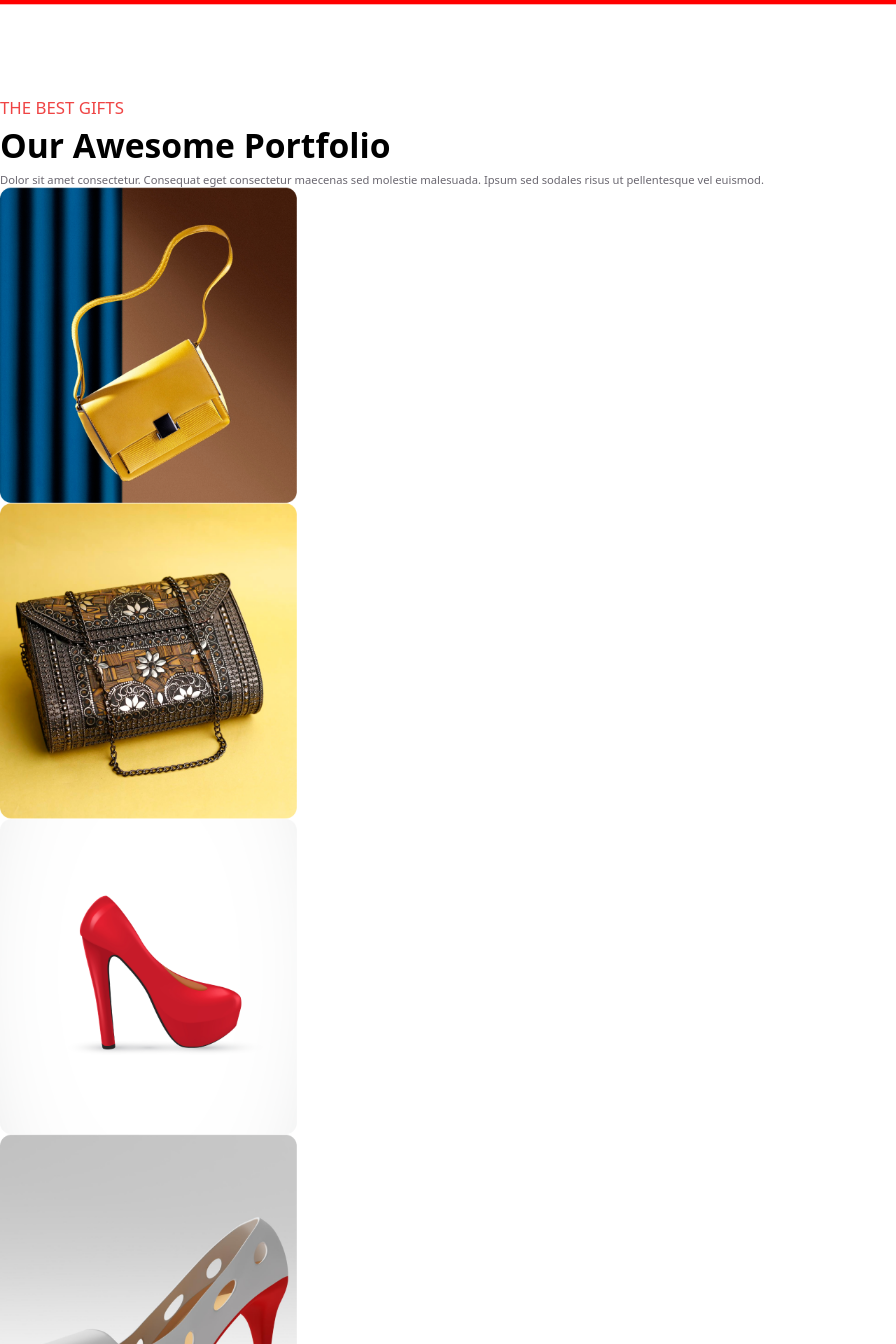
Repository: nahid-hasann/landing-page-1
Page: index.html
The author's editor kept a copy of each file at every save. The page is drawn from the files as they stood at one save, then again after the next save.
The browser window is 1280 px wide. The pictures show the part of the page from y = 4533 to 6453 px (the page is 7507 px tall before and 7531 px after), at 70% of full size.
Some web libraries are served in a nearby version.

Above is the page before, as saved 2025-07-09 21:22:28.

### index.html
<!DOCTYPE html>
<html lang="en">
<head>
    <meta charset="UTF-8">
    <meta name="viewport" content="width=device-width, initial-scale=10">
    <title>Document</title>
    <link rel="stylesheet" href="style.css">
    <script src="https://cdn.tailwindcss.com"></script>

</head>
<body>

<main class="main">

  <section>
      <div class="banner">

        <h6 style="color: white; text-align: center;">Happy New Year</h6>
        <h1 style="color: white; text-align: center;">New Year Party Celebration</h1>

    </div>
  </section>

<section class="discount-section">
      <div class="discount">

      <h1 class="discount-of">65% OFF</h1>
      <br>
      <br>
      <br>
      <p class="discount-p">OUR HOLIDAY DEALS ARE BETTER</p>
      <br>
      <h4 class="discount-h">ALL CATEGORIES</h4>
      <br>
      <img style="width: 802px; text-align: center; margin: auto;" src="images/New Year Photo.png" alt="">

  </div>
</section>

<section class="midnight-party">
      <div>
        <h1 style="font-size: 64px; color: white;">Welcome to midnight party</h1>
        <br>
        <p style="font-size: 18px; color: #b09f7c;">Dolor sit amet consectetur. Consequat eget consectetur maecenas sed molestie malesuada. Ipsum sed sodales risus ut pellentesque vel euismod. </p>
        <br>
        <p style="font-size: 20px ; font-weight: 700; color: white;">Join Now</p>
      </div>

      <img src="images/Group 70.png" alt="">

</section >

<section class=" offer">

         <p style="font-size: 30px;"><span style="color: red; font-size: 30px;">Place:</span> New Park Hotel</p>
         <br>
         <p style="font-size: 30px;"><span style="color: red; font-size: 30px;">Date:</span> 31 December Night 2023</p>
         <br>
         <p style="font-size: 30px;"><span style="color: red; font-size: 30px;">Time:</span> Evening 7.30 pm to 12.30 am</p>
         <br>
         <br>
         <button class="btn">Join Now</button>

</section>


<section class="new-best-offer">

<div class="new-offer1">
  <p style="font-size: 24px; color: red;">NEW BEST OFFER</p>
  <br>
  <h1 style="font-size: 48px;">Coming Soon</h1>
  <br>
  <p style="font-size: 20px ; color: rgba(7, 2, 17, 0.6);">Dolor sit amet consectetur. Consequat eget consectetur maecenas sed molestie malesuada. Ipsum sed sodales risus ut pellentesque vel euismod. </p>
</div>

<div style="padding-right: 100px;" class="new-offer2">
    <div class="circle-border">
      <img style="width: 364px; " src="images/Ellipse 1.png" alt="">
    </div>
</div>

<div class="new-offer3">
      <h2>2024</h2>
      <p>Dolor sit amet consectetur. Consequat eget consectetur maecenas sed.</p>
      <img src="images/Group 96.png" alt="">
</div>

</section>


<section class="holidays">

  <div>
    <p style="font-size: 24px ; text-align: center;">WHAT IS FUNCTIONAL</p>
    <br>
    <h1 style="font-size: 72px; text-align: center;"><span style="color: red; text-align: center;">Holidays</span> Sale 50%</h1>
    <br>
    <p style="text-align: center; font-size: 18px ; padding: 0px 100px;">Dolor sit amet consectetur. Consequat eget consectetur maecenas sed <br>
molestie malesuada. Ipsum sed  sodales risus ut pellentesque vel euismod. Eleifend nunc purus quam id <br> fermentum amet amet sit consectetur.</p>
  </div>

  <div class="holidays-img">
    <img class="img1" src="images/Group 75.png" alt="">
    <img class="img2" src="images/Group 44.png" alt="">
  </div>


</section>


<section class="img-show">

   <div>
    <p class="text-red-500  text-[24px]">THE BEST GIFTS</p>
    <h1 class="text-[48px] font-bold">Our Awesome Portfolio</h1>
    <p class="text-[rgba(7,2,17,0.6)]">Dolor sit amet consectetur. Consequat eget consectetur maecenas sed molestie malesuada.
      Ipsum sed sodales risus ut pellentesque vel euismod. </p>
   </div>

   <div>
    <img src="images/Rectangle 3.png" alt="">
    <img src="images/Rectangle 4.png" alt="">
    <img src="images/Rectangle 5.png" alt="">
    <img src="images/Rectangle 6.png" alt="">
    <img src="images/Rectangle 7.png" alt="">
    <img src="images/Rectangle 8.png" alt="">
   </div>

</section>

</main>





</body>
</html>

### style.css
*{
    margin: 0;
    padding: 0;
    box-sizing: border-box;
}

.main{
    max-width: 1320px;
    margin: auto;
}

.banner{
    background: linear-gradient(rgba(0, 0, 0, 0.5), rgba(0, 0, 0, 0.5)), url(images/banner.png);
    background-repeat: no-repeat;
    background-size: cover;
    background-position: center;
    margin: 20px auto;
    height: 600px;
    display: flex;
    flex-direction: column;
    justify-content: center;
    border-radius: 15px;

}

.banner h1 {
   font-size: 72px;
}

.banner h6{
    font-size: 32px;
}

.discount{
    display: flex;
    flex-direction: column;
    justify-content: center;
    align-items: center;
}

.discount-of{
    font-size: 88px;
    color: red;
}

.discount-p{
    font-size: 24px ;
    color: red;

}

.discount-h{
    font-size: 48px;
}

.discount-section{
    margin: 130px 0;
}

.midnight-party{
    display: flex;
    justify-content: space-around;
    background: linear-gradient(rgba(0, 0, 0, 0.5), rgba(0, 0, 0, 0.5)), url('images/Vectorrr.png');
    align-items: center;
    padding: 40px 100px;
    border-radius: 10px;
    gap: 40px;
    margin-bottom: 130px;
}

.offer{
    background: linear-gradient(to bottom, #ffeaea, #ffffff);
    padding: 100px;
    display: flex;
    flex-direction: column;
    align-items: center;
    margin-bottom: 130px;
    border-radius: 10px;
}

.btn{
    padding: 13px 24px;
    border: none;
    background-color: red;
    border-radius: 5px;
}

.new-best-offer{
    display: flex;
    gap: 50px;
    align-items: center;
    justify-content: space-between;
    margin: 130px auto;
}

.new-offer2 .circle-border{
    width: 500px;
    height: 500px;
    border-radius: 50%;
    display: flex;
    justify-content: center;
    background: transparent;
    align-items: center;
    border: 20px solid red;

}

.new-offer2 img {
    width: 90%;                 /* Size adjust */
    height: auto;
    object-fit: cover;          /* Maintain image aspect */
}

.holidays{
    margin-bottom: 130px;
}

.img1{
    width: 674px;
}

.img2{
    width: 200px;
    margin-bottom: 300px;
    margin-right: 70px;
}

.holidays-img{
    background-image: url('images/rectangle.png');
    background-repeat: no-repeat;
    background-position: center bottom;
    display: flex;
    justify-content: space-between;
    align-items: flex-end;
    margin-top: 50px;
}

After the next save:
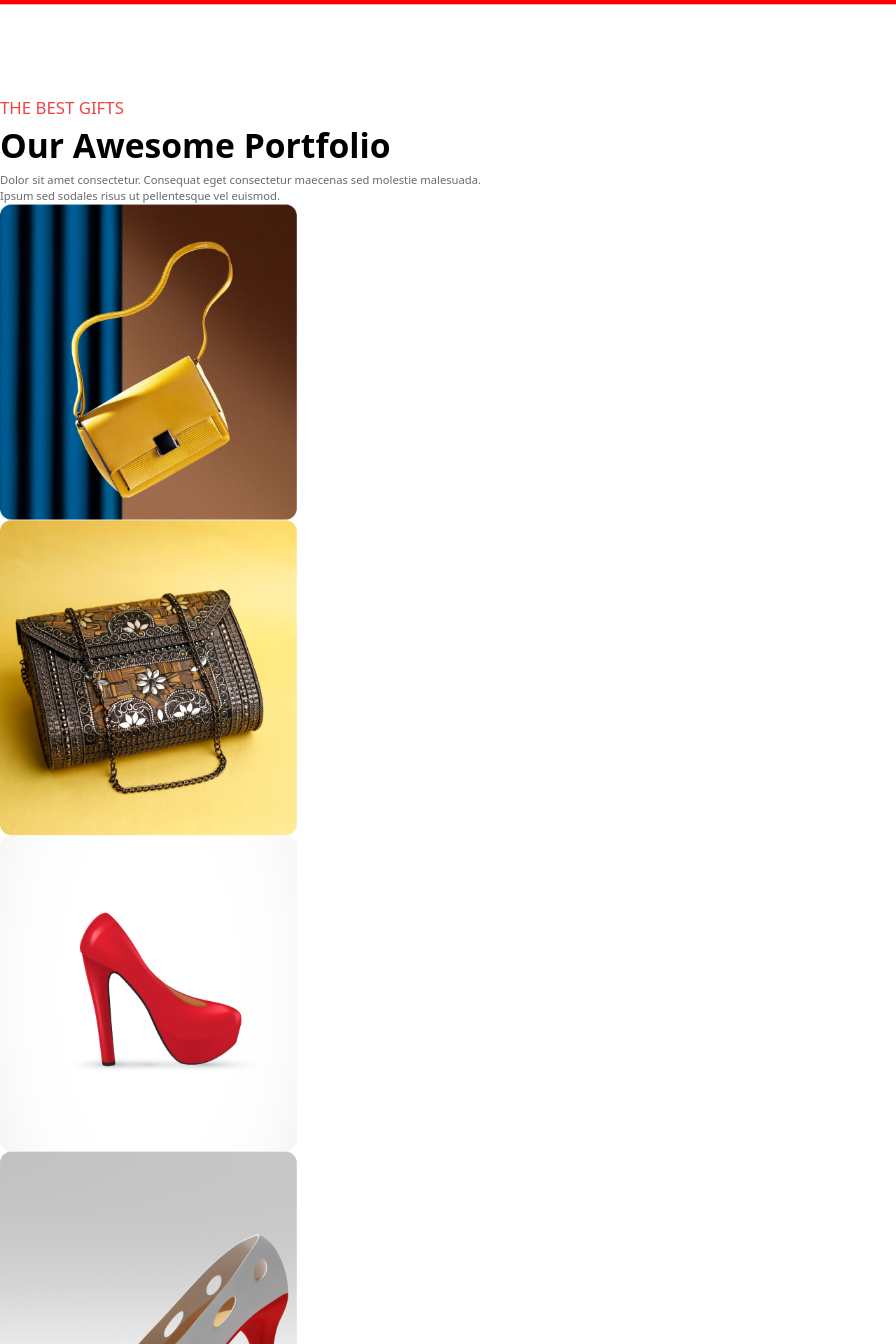
Saved 4 s later.
--- a/index.html
+++ b/index.html
@@ -114,7 +114,7 @@ molestie malesuada. Ipsum sed  sodales risus ut pellentesque vel euismod. Eleife
    <div>
     <p class="text-red-500  text-[24px]">THE BEST GIFTS</p>
     <h1 class="text-[48px] font-bold">Our Awesome Portfolio</h1>
-    <p class="text-[rgba(7,2,17,0.6)]">Dolor sit amet consectetur. Consequat eget consectetur maecenas sed molestie malesuada.
+    <p class="text-[rgba(7,2,17,0.6)]">Dolor sit amet consectetur. Consequat eget consectetur maecenas sed molestie malesuada. <br>
       Ipsum sed sodales risus ut pellentesque vel euismod. </p>
    </div>
 
